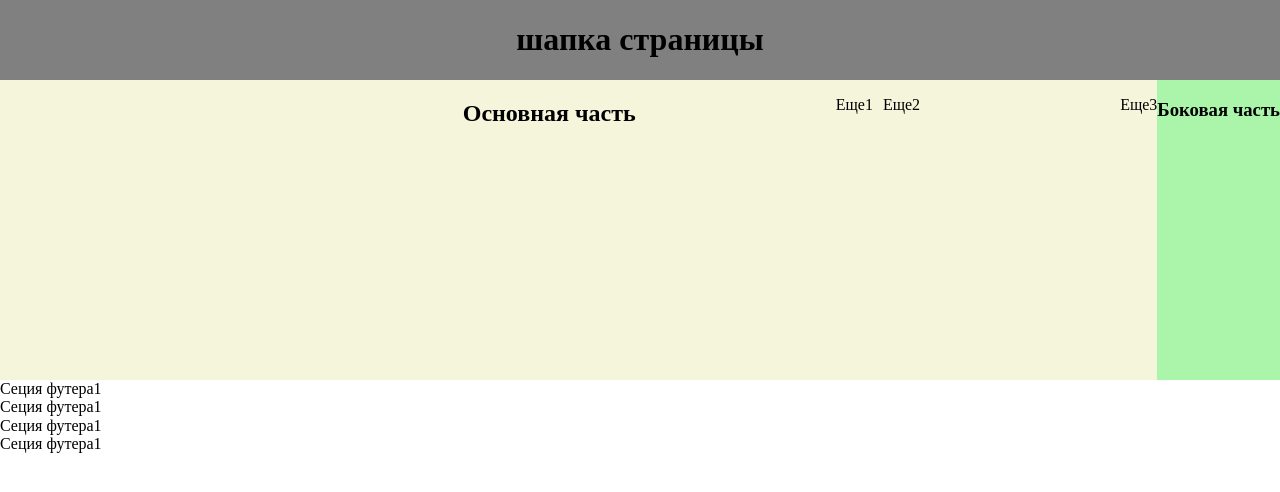
Repository: IrinaGetmanenko/week5
Page: week5/index.html
These files come from the project's save history. The page is drawn as it stood at one moment and after the next save; the edit follows.
The browser window is 1280 px wide. The pictures show the whole page.

Above is the page before, as saved 2022-08-28 12:15:20.

After the next save:
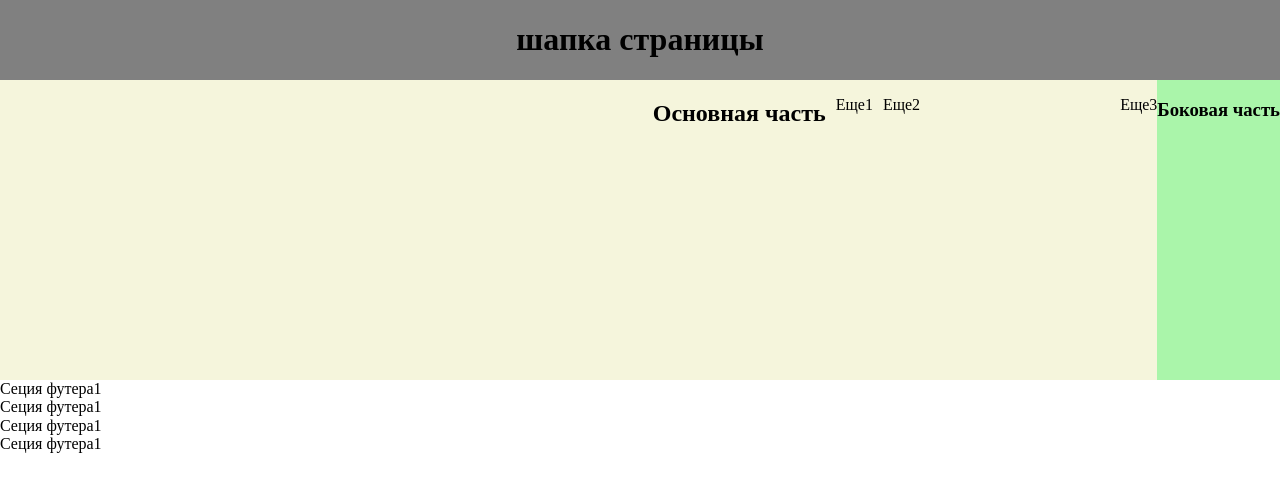
Saved 7 s later.
--- a/week5/index.html
+++ b/week5/index.html
@@ -21,7 +21,7 @@
             justify-content: flex-end;
         }
         .main1{
-           flex-basis: 200px;
+           flex-basis: 10px;
 
         }
         .main2{
